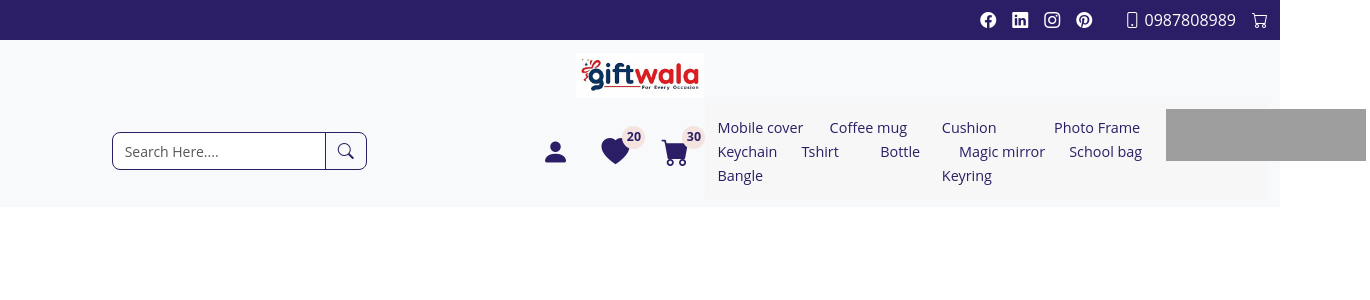
Repository: mangalravi/GiftWala
Page: index.html
The author's editor kept a copy of each file at every save. The page is drawn from the files as they stood at one save, then again after the next save.
The browser window is 1280 px wide. The page is 1366 px wide, then 1370 px, so the pictures cover 1370 px, including what lies to the right of the window. The pictures show the whole page.
Pictures or frames that could not be fetched are drawn as grey boxes. The style sheet was rebuilt from its Sass, Less or Tailwind sources for each picture, by a compiler version that may differ from the author's.

Above is the page before, as saved 2024-07-07 17:39:33.

### index.html
<!DOCTYPE html>
<html lang="en">
  <head>
    <meta charset="UTF-8" />
    <meta name="viewport" content="width=device-width, initial-scale=1.0" />
    <title>GiftWala</title>

    <link
      rel="apple-touch-icon"
      sizes="180x180"
      href="content/images/fabicon.png"
      alt="fabicon"
    />
    <link
      rel="icon"
      type="image/png"
      sizes="32x32"
      href="content/images/fabicon.png"
      alt="fabicon"
    />
    <link
      rel="icon"
      type="image/png"
      sizes="16x16"
      href="content/images/fabicon.png"
      alt="fabicon"
    />
    <link
      rel="publication"
      href=""
      crossorigin="use-credentials"
      type="application/manifest+json"
    />
    <meta name="msapplication-TileColor" content="#da532c" />
    <meta name="theme-color" content="#ffffff" />

    <link rel="icon" href="content/images/logo/favicon.png" type="image/png" />
    <link rel="stylesheet" href="content/css/bootstrap-icons.css" />
    <link rel="stylesheet" href="content/bootstrap/css/bootstrap.min.css" />
    <link rel="stylesheet" href="content/css/font-family.css" />
    <link rel="stylesheet" href="content/css/aos.css" />
    <link rel="stylesheet" href="content/css/custom.css" />
  </head>
  <body>
    <header>
      <div class="tophdr">
        <div class="container-fluid d-flex justify-content-end">
          <ul class="tpmnul">
            <li>
              <ul class="social-link">
                <li>
                  <a
                    href="#"
                    rel="noopener noreferrer"
                    target="_blank"
                    aria-label="Facebook"
                    class="fb"
                    ><i class="bi bi-facebook"></i
                  ></a>
                </li>
                <li>
                  <a
                    href="#"
                    rel="noopener noreferrer"
                    target="_blank"
                    aria-label="Linkedin"
                    class="in"
                    ><i class="bi bi-linkedin"></i
                  ></a>
                </li>
                <li>
                  <a
                    href="#"
                    rel="noopener noreferrer"
                    target="_blank"
                    aria-label="Instagram"
                    class="inta"
                    ><i class="bi bi-instagram"></i
                  ></a>
                </li>
                <li>
                  <a
                    href="#"
                    rel="noopener noreferrer"
                    target="_blank"
                    aria-label="Pinterest"
                    class="inta"
                    ><i class="bi bi-pinterest"></i
                  ></a>
                </li>
                <li>
                  <a
                    href="#"
                    rel="noopener noreferrer"
                    target="_blank"
                    aria-label="Threads"
                    class="in"
                    ><i class="bi bi-threads"></i
                  ></a>
                </li>
              </ul>
            </li>
            <li>
              <a href="#">
                <i class="bi bi-phone"></i>
                <span>0987808989</span>
              </a>
            </li>
            <li>
              <a href="#">
                <i class="bi bi-cart"></i>
              </a>
            </li>
          </ul>
        </div>
      </div>
      <nav class="navbar navbar-expand-lg bg-body-tertiary">
        <div class="container-fluid flex-column">
          <a class="navbar-brand m-0" href="#">
            <img
              src="content/images/logo.jpg"
              alt="logo"
              height="45"
              width="131"
            />
          </a>
          <button
            class="navbar-toggler"
            type="button"
            data-bs-toggle="collapse"
            data-bs-target="#navbarSupportedContent"
            aria-controls="navbarSupportedContent"
            aria-expanded="false"
            aria-label="Toggle navigation"
          >
            <span class="navbar-toggler-icon"></span>
          </button>
          <div
            class="collapse navbar-collapse justify-content-end"
            id="navbarSupportedContent"
          >
            <div class="row w-100 align-items-center">
              <div class="col-sm-8">
                <div class="row justify-content-center">
                  <div class="col-sm-7">
                    <form class="d-flex" role="search">
                      <div class="input-group">
                        <input
                          type="text"
                          class="form-control"
                          placeholder="Search Here...."
                        />
                        <span class="input-group-text" id="basic-addon2">
                          <i class="bi bi-search"></i>
                        </span>
                      </div>
                    </form>
                  </div>
                </div>
              </div>
              <div class="col-sm-4">
                <ul class="navbar-nav mb-2 mb-lg-0 justify-content-end">
                  <li class="nav-item">
                    <a class="nav-link" aria-current="page" href="#"
                      ><i class="bi bi-person-fill"></i
                    ></a>
                  </li>
                  <li class="nav-item">
                    <a class="nav-link" href="#"
                      ><i class="bi bi-heart-fill"></i>
                      <span class="badge">20</span>
                    </a>
                  </li>
                  <li class="nav-item">
                    <a class="nav-link" href="#">
                      <i class="bi bi-cart-fill"></i>
                      <span class="badge">30</span>
                    </a>
                  </li>
                </ul>
              </div>
            </div>
            <div class="btmhdr">
              <div class="container-fluid">
                <div class="btmhdrnv">
                  <div class="row w-100">
                    <div class="col-sm-10">
                      <div class="row align-items-center">
                        <div class="col"><a href="#">Mobile cover</a></div>
                        <div class="col"><a href="#">Coffee mug</a></div>
                        <div class="col"><a href="#">Cushion</a></div>
                        <div class="col"><a href="#">Photo Frame</a></div>
                        <div class="col"><a href="#">Keychain</a></div>
                        <div class="col"><a href="#">Tshirt</a></div>
                        <div class="col"><a href="#">Bottle</a></div>
                        <div class="col"><a href="#">Magic mirror</a></div>
                        <div class="col"><a href="#">School bag</a></div>
                        <div class="col"><a href="#">Bangle</a></div>
                        <div class="col"><a href="#">Keyring</a></div>
                      </div>
                    </div>
                    <div class="col-sm-2">
                      <div class="position-relative">
                        <a class="adbHeaderLink" href="#">
                          <div class="left bg-express_delivery_1"></div>
                          <input type="hidden" value="Delivery In 2 hours" />
                        </a>
                      </div>
                    </div>
                  </div>
                </div>
              </div>
            </div>
          </div>
        </div>
      </nav>
    </header>

    <!--
<footer>
  <div class="container">
    <div class="row mb-4">
      <div class="col-sm-6 col-md-2 d-flex">
        <div class="hdr-img mb-4">
          <img src="hdr-logo" alt="hdr-logo">
        </div>
      </div>
      <div class="col-md-7">
        <div class="row">
            <div class="col-3">
              <ul>
                <li><a href="aboutus.html">About Us</a></li>
                <li><a href="contact-us.html">Contact Us</a></li>
                <li><a href="faq.html">FAQ</a></li>
              </ul>
            </div>
            <div class="col-4">
              <ul>
                <li><a href="term-and-condition.html">Terms of Purchase</a></li>
                <li><a href="item-condition.html">Items Condition</a></li>
                <li><a href="privacy-policy.html">Privacy Policy</a></li>
              </ul>
            </div>
            <div class="col-5">
              <ul class="mailli">
                <li><a href="tel:1800-419-0431"><i class="bi bi-telephone-fill"></i> 1800-419-0431</a></li>
                <li><a href="mailto: support@b2bstop.com"><i class="bi bi-envelope"></i>  support@b2bstop.com</a></li>
              </ul>
            </div>
         </div>

      </div>
      <div class="col-sm-6 col-md-3 d-flex">
        <div class="adrs">
          <a href="http://maps.google.com/?q=1200 Pennsylvania Ave SE, Washington, District of Columbia, 20003"">
            <i class="bi bi-geo-alt-fill"></i>
            No. 565, Axis Pennmark building, 2nd, 3rd & 4th Floor, 9th cross road, Sarakki, 3rd phase, JP Nagar, Bangalore, Karnataka - 560078
          </a>
        </div>
      </div>
    </div>
    <div class="btn-hdng">
      <p class="text-center">© b2bstop - Trade mark of Green Enabled IT Solutions Pvt. Ltd</p>
    </div>
  </div>
</footer> -->

    <script src="content/js/jquery.min.js"></script>
    <script src="content/js/slick.js"></script>
    <script src="content/js/aos.js"></script>
    <script src="content/bootstrap/js/bootstrap.bundle.min.js"></script>
    <script src="content/js/custom.js"></script>
    <script>
      AOS.init();
    </script>
  </body>
</html>

### content/css/font-family.css
@font-face {
  font-family: "OpenSans";
  font-style: normal;
  font-weight: 400;
  src: url("../fonts/Open_Sans/static/OpenSans-Regular.ttf") format("truetype");
  font-display: swap;
}

@font-face {
  font-family: "OpenSans";
  font-style: normal;
  font-weight: 500;
  src: url("../fonts/Open_Sans/static/OpenSans-Medium.ttf") format("truetype");
  font-display: swap;
}

@font-face {
  font-family: "OpenSans";
  font-style: normal;
  font-weight: 600;
  src: url("../fonts/Open_Sans/static/OpenSans-SemiBold.ttf") format("truetype");
  font-display: swap;
}

@font-face {
  font-family: "OpenSans";
  font-style: normal;
  font-weight: 700;
  src: url("../fonts/Open_Sans/static/OpenSans-Bold.ttf") format("truetype");
  font-display: swap;
}

### content/js/custom.js
$(".projetos-slider").slick({
  slidesToShow: 1,
  slidesToScroll: 1,
  autoplay: true,
  autoplaySpeed: 1000,
  arrows: false,
  dots: false,
  adaptiveHeight: true,
  speed: 1500,
  responsive: [
    {
      breakpoint: 1121,
      settings: {
        slidesToShow: 1,
        autoplay: true,
        adaptiveHeight: true,
      },
    },
    {
      breakpoint: 768,
      settings: {
        slidesToShow: 1,
        autoplay: true,
        adaptiveHeight: true,
      },
    },
  ],
});

### content/css/custom.scss
:root {
  --bs-primary: #2b1e66;
  --bs-secondary: #ed247c;
  --bs-heading: #333333;
  --bs-para: #595657;
  --bs-border-color: #e8e8e8;
  --bs-root-font-size: 16px;
  --bs-body-font-family: 'Open Sans', sans-serif;
}

.bi,
.btn,
.h1,
.h2,
.h3,
.h4,
.h5,
.h6,
:after,
:before,
a,
button,
h1,
h2,
h3,
h4,
h5,
h6,
img,
input,
li,
p,
select,
span,
textarea {
  transition: 0.5s ease-out;
}

ul {
  padding: 0;
  margin: 0;

  li {
    list-style: none;
    color: var(--bs-primary);
  }
}

body {
  margin: 0;
  font-family: var(--bs-body-font-family);
  overflow-x: hidden;
  font-size: 16px;
  position: inherit !important;
}

.overflow-x-hidden {
  overflow-x: hidden;
}

.h1,
.h2,
.h3,
.h4,
.h5,
.h6,
h1,
h2,
h3,
h4,
h5,
h6 {
  font-family: var(--bs-body-font-family);
  font-weight: 600;
  margin-bottom: 1rem;
  line-height: 1.35;
  color: var(--bs-secondary);
}

.btn {
  padding: 0.65rem 0.6rem;
  font-size: 0.65rem;
  text-transform: uppercase;
  transition: all 0.25s;
  border-radius: 0.35rem;
  height: 37.72px;
  font-weight: 600;
}

.btn-secondary-fill {
  background: var(--bs-secondary);
  border: 1px solid var(--bs-secondary);
  color: #fff;

  &:hover {
    background: var(--bs-secondary);
    border: 1px solid var(--bs-secondary);
    color: #fff;
  }
}


input {
  &::placeholder {
    font-size: 0.85rem;
    color: #000;
  }
}

.form-group {
  width: 100%;
  border: 1px solid #e1e1e2;
  border-radius: 0.25rem;
  padding: 0.25rem 1rem;

  &::placeholder {
    font-size: 1rem;
    color: #aeb3b3;
  }

  &::focus {
    outline: none;
    border: 1px solid var(--bs-primary);
  }
}

img {
  object-fit: contain;
  max-width: 100%;
}

.btn-primary {
  color: #fff;
  background-color: var(--bs-primary);
  border: 1px solid var(--bs-primary);
}

.btn-secondary {
  color: var(--bs-secondary);
  background-color: transparent;
  border: 1px solid var(--bs-secondary);

  &:hover {
    border-radius: 0.5rem;
    color: #fff;
    background-color: var(--bs-secondary);
    border-color: transparent;
    transition: all 0.8s;
  }

  &:focus {
    color: #fff;
    background-color: var(--bs-secondary);
    border-color: transparent;
  }
}

.btn-primary {

  &:hover,
  &:focus {
    color: #fff;
    background-color: var(--bs-primary);
    outline: 0;
    box-shadow: none;
    border-color: transparent;
  }
}

.btn-main {
  &:hover {
    background: #fff;
    color: var(--bs-secondary);
  }
}

.nav-item {
  padding: 0 0.5rem;
  color: #333333ad;
  font-weight: 500;

  .nav-link {
    padding: 0 0.5rem;
    color: var(--bs-secondary);
  }

}

a {
  &:hover {
    color: var(--bs-primary);
    text-decoration: none;
  }
}

svg,
img {
  vertical-align: middle;
}

section,
footer {
  padding: 50px 0;
}

.socilhdr {
  display: flex;
  justify-content: flex-end;
  gap: 1.5rem;
  padding: 0;

  li {
    list-style-type: none;
  }
}

.tophdr {
  padding: 0.5rem 0;
  background: var(--bs-primary);

  .tpmnul {
    display: flex;
    align-items: center;
    gap: 1rem;
    color: #fff;

    a {
      color: #fff;
      text-decoration: none;
    }

    .social-link {
      display: flex;
      align-items: center;
      gap: 1rem;

      li {
        a {
          color: #fff;
        }
      }
    }
  }
}

.badge {
  position: absolute;
  top: -4px;
  right: -8px;
  background: #f4e3de;
  padding: 0.25rem;
  width: 23px;
  height: 23px;
  border-radius: 50%;
  color: var(--bs-primary);
  z-index: 0;
  font-size: 0.775rem;
  display: flex;
  align-items: center;
  justify-content: center;
}

.bg-body-tertiary {
  background-color: #f8f9fa;
}

.navbar-nav {
  li {

    a {
      z-index: 8;
      font-size: 1.75rem;
      position: relative;

      i {
        color: var(--bs-primary);
      }
    }
  }
}

.input-group {
  input {
    border: 1px solid var(--bs-primary);
    border-radius: 0.5rem 0 0 0.5rem;

    &:focus {
      box-shadow: none;
    }

    &::placeholder {
      color: #595657;
      font-size: 0.875rem;
    }
  }
}

.input-group-text {
  border: 1px solid var(--bs-primary);
  border-radius: 0.5rem 0.5rem 0.5rem 0;
  display: flex;
  align-items: center;

  i {
    color: var(--bs-primary);
  }
}

.btmhdr {
  background: #f7f7f7;
  padding: 0.75rem 0;

  .btmhdrnv {
    display: flex;
  }
}

.bg-express_delivery_1 {
  width: 200px;
  height: 53px;
  background: url(https://assets.winni.in/groot/2023/11/20/desktop/scooter-animation-fifth.gif) no-repeat 0 1px;
  position: absolute;
  left: 0;
  top: -7px;
}

.col {
  a {
    text-decoration: none;
    text-wrap: nowrap;
    color: var(--bs-primary);
    text-align: center;
    font-size: 0.9rem;
  }
}

Loaded but not shown: content/css/bootstrap-icons.css (library); content/bootstrap/css/bootstrap.min.css (library); content/css/aos.css (library); content/js/jquery.min.js (library); content/js/slick.js (library); content/js/aos.js (library); content/bootstrap/js/bootstrap.bundle.min.js (library)

After the next save:
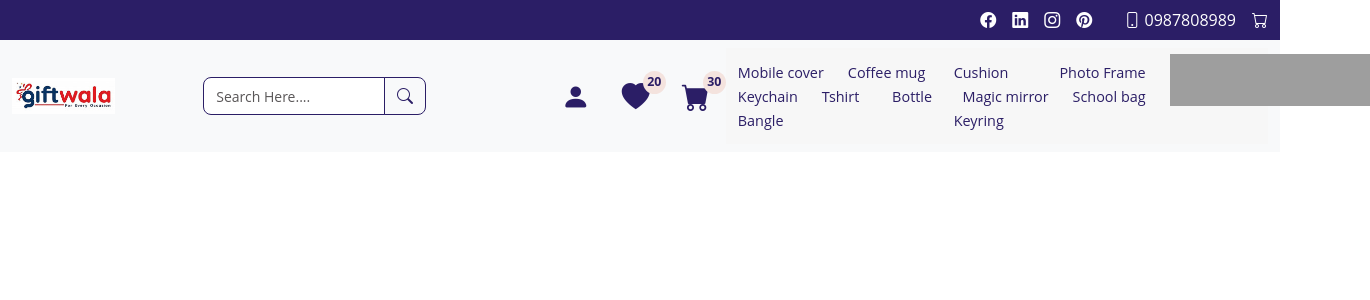
Saved 16 s later.
--- a/index.html
+++ b/index.html
@@ -115,7 +115,7 @@
         </div>
       </div>
       <nav class="navbar navbar-expand-lg bg-body-tertiary">
-        <div class="container-fluid flex-column">
+        <div class="container-fluid">
           <a class="navbar-brand m-0" href="#">
             <img
               src="content/images/logo.jpg"
